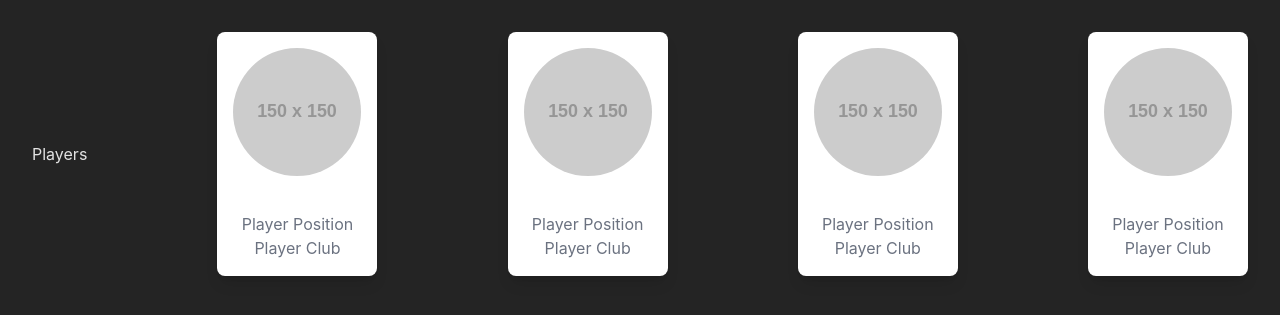
Repository: Hadra92i/movies-search-app
Page: /
An editor plug-in stored every save of this project. The page is shown before and after a run of saves, followed by the edit.
The browser window is 1280 px wide. The pictures show the whole page.
The project was rebuilt for these pictures with package versions that can differ from the ones it lists, and the page was loaded fresh each time. Also part of the build but not shown: vite.config.js.

Above is the page before, as saved 2023-11-01 11:52:21.

### index.html
<!doctype html>
<html lang="en">
  <head>
    <meta charset="UTF-8" />
    <link rel="icon" type="image/svg+xml" href="/vite.svg" />
    <meta name="viewport" content="width=device-width, initial-scale=1.0" />
    <title>Players SearchApp</title>
  </head>
  <body>
    <div id="root"></div>
    <script type="module" src="/src/main.jsx"></script>
  </body>
</html>

### src/main.jsx
import ReactDOM from 'react-dom/client'
import App from './App.jsx'
import './index.css'
import { Provider } from 'react-redux'
import { store } from './redux/store.js'

ReactDOM.createRoot(document.getElementById('root')).render(
  <Provider store={store}>
    <App />
  </Provider>,
)

### src/App.jsx

import './App.css'
import Players from './components/player/Players'

function App() {

  return (
    <>
      <Players/>
    </>
  )
}

export default App

### src/index.css
:root {
  font-family: Inter, system-ui, Avenir, Helvetica, Arial, sans-serif;
  line-height: 1.5;
  font-weight: 400;

  color-scheme: light dark;
  color: rgba(255, 255, 255, 0.87);
  background-color: #242424;

  font-synthesis: none;
  text-rendering: optimizeLegibility;
  -webkit-font-smoothing: antialiased;
  -moz-osx-font-smoothing: grayscale;
  -webkit-text-size-adjust: 100%;
}

@tailwind base;
@tailwind components;
@tailwind utilities;

### src/redux/store.js
import { configureStore } from "@reduxjs/toolkit";
import playerReducer from "./features/playerSlice";

export const store = configureStore({
    reducer: {
        player: playerReducer,
    },
    devTools: true,
});

### src/components/player/Players.jsx
// eslint-disable-next-line no-unused-vars
import React from "react";
import PlayerCard from "./PlayerCard";

const Players = () => {
    const players = [
        { name: "John", age: 25, cardPlayer: true, id: 1 },
        { name: "Jane", age: 30, cardPlayer: false, id: 2 },
        { name: "Bob", age: 20, cardPlayer: true, id: 3 },
        { name: "Mary", age: 27, cardPlayer: false, id: 4 }
    ];

    return (
        <div className="flex justify-between items-center">
            <h1>Players</h1>
             {
                players.map(player => {
                    return <PlayerCard
                    key={player.id}
                    name={player.name}
                    age={player.age}
                    />
                })
             }
        </div>
    );
}

export default Players;

### src/redux/features/playerSlice.js
import { createAsyncThunk, createSlice } from "@reduxjs/toolkit";
import PlayerService from "../../services/playerService";

const initialState = [];

export const getAllPlayers = createAsyncThunk(
    "players/getAllPlayers",
    async () => {
        const response = await PlayerService.getAllPlayers();
        return response.data;
    }
);

export const playerSlice = createSlice({
    name: "player",
    initialState,
    reducers: {},
    extraReducers: {
        [getAllPlayers.fulfilled]: (state, action) => {
            return [...action.payload];
        },
    },
});

export default playerSlice.reducer;

### src/components/player/PlayerCard.jsx
// eslint-disable-next-line no-unused-vars
import React from "react";

const PlayerCard = () => {
    return (
        <div className="bg-white rounded-lg shadow-lg p-4">
            <img
                className="w-32 h-32 rounded-full mx-auto"
                src="https://via.placeholder.com/150"
                alt="Player Avatar"
            />
            <div className="text-center mt-2">
                <h3 className="text-lg font-medium">Player Name</h3>
                <p className="text-gray-500">Player Position</p>
                <p className="text-gray-500">Player Club</p>
            </div>
        </div>
    );
};

export default PlayerCard;

### src/services/playerService.js
// eslint-disable-next-line no-unused-vars
import axiosObj from "../http-common";

const getAllPlayers = () => {
    return axiosObj.get("/players");
};

const PlayerService = {
    getAllPlayers,
};

export default PlayerService;

### src/http-common.js
import axios from "axios";

const API_KEY = "9d2758a612msh2661c98a1972a2cp155232jsn62f754d1238a";
const BASE_URL = "https://api-football-v1.p.rapidapi.com/v3";

const axiosObj = axios.create({
    baseURL: BASE_URL,
    headers: {
        "x-rapidapi-key": API_KEY,
        "x-rapidapi-host": "api-football-v1.p.rapidapi.com",
    },
});

export default axiosObj;

Loaded but not shown: src/App.css (common file); tailwind.config.js (common file)

After the next 2 saves:
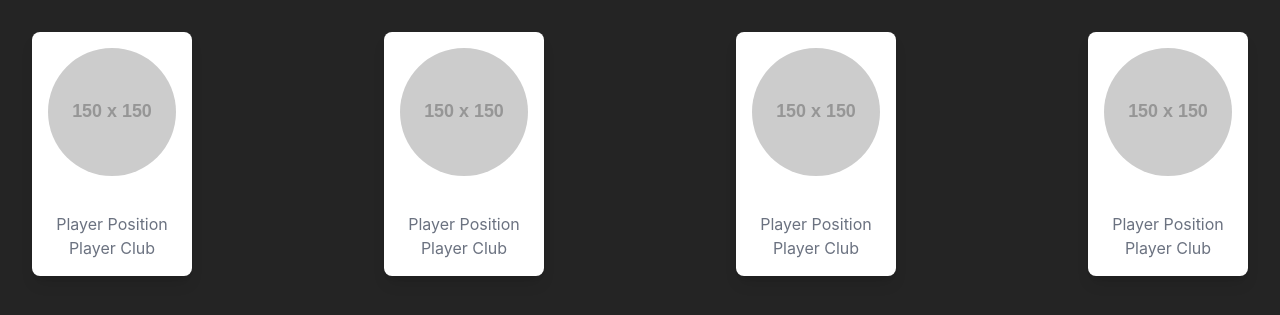
The 2 saves are shown as one change because they came seconds apart.
The last was saved 28 s later.
--- a/src/components/player/Players.jsx
+++ b/src/components/player/Players.jsx
@@ -12,7 +12,6 @@ const Players = () => {
 
     return (
         <div className="flex justify-between items-center">
-            <h1>Players</h1>
              {
                 players.map(player => {
                     return <PlayerCard
